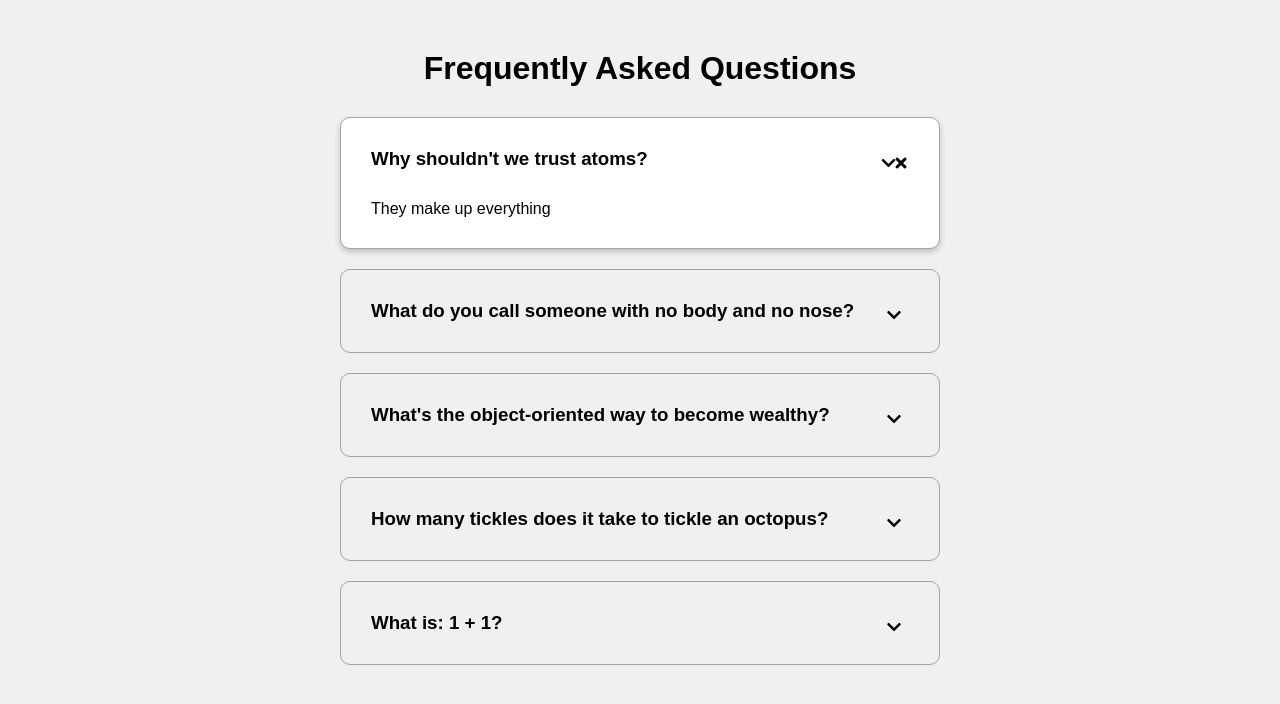
Repository: Williamlmachado/F.A.Q
Page: index.html
The author's editor kept a copy of each file at every save. The page is drawn from the files as they stood at one save, then again after the next save.
The browser window is 1280 px wide. The pictures show the whole page.
Some web fonts or font styles are not loaded; a fallback is used. Some web libraries are served in a nearby version.

Above is the page before, as saved 2021-08-23 09:46:39.

### index.html
<!DOCTYPE html>
<html lang="en">
  <head>
    <meta charset="UTF-8" />
    <meta name="viewport" content="width=device-width, initial-scale=1.0" />
    <link rel="stylesheet" href="https://cdnjs.cloudflare.com/ajax/libs/font-awesome/5.14.0/css/all.min.css" integrity="sha512-1PKOgIY59xJ8Co8+NE6FZ+LOAZKjy+KY8iq0G4B3CyeY6wYHN3yt9PW0XpSriVlkMXe40PTKnXrLnZ9+fkDaog==" crossorigin="anonymous" />
    <link rel="stylesheet" href="style.css" />
    <title>FAQ</title>
  </head>
  <body>
    <h1>Frequently Asked Questions</h1>
    <div class="faq-container">
      <div class="faq active">
        <h3 class="faq-title">
          Why shouldn't we trust atoms?
        </h3>

        <p class="faq-text">
          They make up everything
        </p>

        <button class="faq-toggle">
          <i class="fas fa-chevron-down"></i>
          <i class="fas fa-times"></i>
        </button>
      </div>

      <div class="faq">
        <h3 class="faq-title">
          What do you call someone with no body and no nose?
        </h3>
        <p class="faq-text">
          Nobody knows.
        </p>
        <button class="faq-toggle">
          <i class="fas fa-chevron-down"></i>
          <i class="fas fa-times"></i>
        </button>
      </div>

      <div class="faq">
        <h3 class="faq-title">
          What's the object-oriented way to become wealthy?
        </h3>
        <p class="faq-text">
          Inheritance.
        </p>
        <button class="faq-toggle">
          <i class="fas fa-chevron-down"></i>
          <i class="fas fa-times"></i>
        </button>
      </div>

      <div class="faq">
        <h3 class="faq-title">
          How many tickles does it take to tickle an octopus?
        </h3>
        <p class="faq-text">
          Ten-tickles!
        </p>
        <button class="faq-toggle">
          <i class="fas fa-chevron-down"></i>
          <i class="fas fa-times"></i>
        </button>
      </div>

      <div class="faq">
        <h3 class="faq-title">
          What is: 1 + 1?
        </h3>
        <p class="faq-text">
          Depends on who are you asking.
        </p>
        <button class="faq-toggle">
          <i class="fas fa-chevron-down"></i>
          <i class="fas fa-times"></i>
        </button>
      </div>
    </div>
    <script src="script.js"></script>
  </body>
</html>

### style.css
@import url('https://fonts.googleapis.com/css?family=Muli&display=swap');

* {
  box-sizing: border-box;
}

body {
  font-family: 'Muli', sans-serif;
  background-color: #f0f0f0;
}

h1 {
  margin: 50px 0 30px;
  text-align: center;
}

.faq-container {
  max-width: 600px;
  margin: 0 auto;
}
.faq{
    background-color: transparent;
    border: 1px solid #9fa4a8;
    border-radius: 10px;
    margin: 20px 0;
    padding: 30px;
    position: relative;
    overflow: hidden;
    transition: 0.3s ease;
}
.faq.active{
    background-color: #fff;
    box-shadow: 0 3px 6px rgba(0, 0, 0, 0.1), 0 3px 6px rgba(0, 0, 0, 0.1);
}
.faq.active::before
.faq.active::after{
    content: '\f075';
    font-family: 'Font Awesome 5 Free';
    color: #2ecc71;
    font-size: 7rem;
    position: absolute;
    opacity: 0.2;
    top: 20px;
    left: 20px;
    z-index: 0;
}
.faq.active::before{
    color:#3498db;
    top: -10px;
    left:-30px;
    transform: rotateY(180deg);
}
.faq-title{
    margin: 0 35px 0 0;
}
.faq-text{
    display: none;
    margin: 30px 0 0;
}
.faq.active .faq-text{
    display: block;
}

.faq-toggle{
    background-color: transparent;
    border: 0;
    cursor: pointer;
    display: flex;
    align-items: center;
    justify-content: center;
    font-size: 16px;
    padding: 0;
    position: absolute;
    top: 30px;
    right: 30px;
    height: 30px;
    width: 30px;
}
.faq-toggle .fa-times{
    display: none;
}
.faq.active .faq-toggle .fa-times{
    display: block;
}

Loaded but not shown: script.js (no copy from this time; the picture is the same without it)

After the next save:
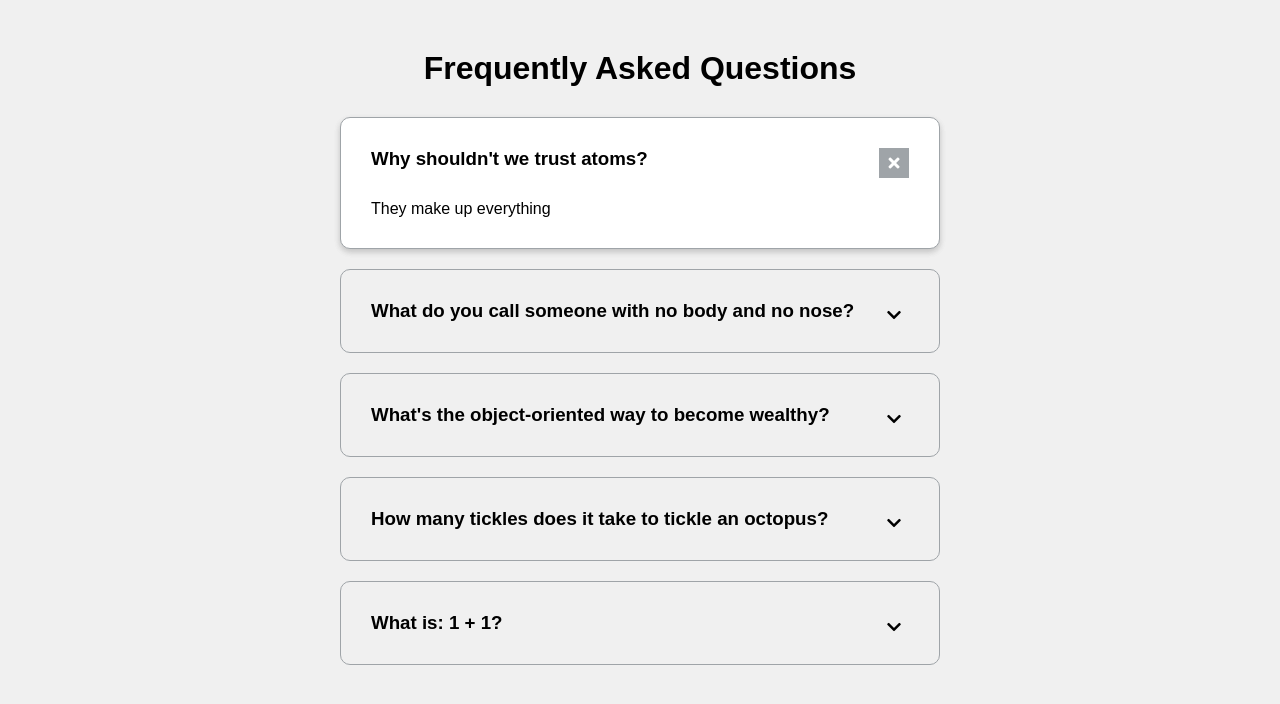
Saved 9 s later.
--- a/style.css
+++ b/style.css
@@ -76,9 +76,23 @@ h1 {
     height: 30px;
     width: 30px;
 }
-.faq-toggle .fa-times{
+.faq-toggle:focus {
+    outline: 0;
+  }
+
+  .faq-toggle .fa-times {
     display: none;
-}
-.faq.active .faq-toggle .fa-times{
+  }
+
+  .faq.active .faq-toggle .fa-times {
+    color: #fff;
     display: block;
-}
+  }
+
+  .faq.active .faq-toggle .fa-chevron-down {
+    display: none;
+  }
+
+  .faq.active .faq-toggle {
+    background-color: #9fa4a8;
+  }
